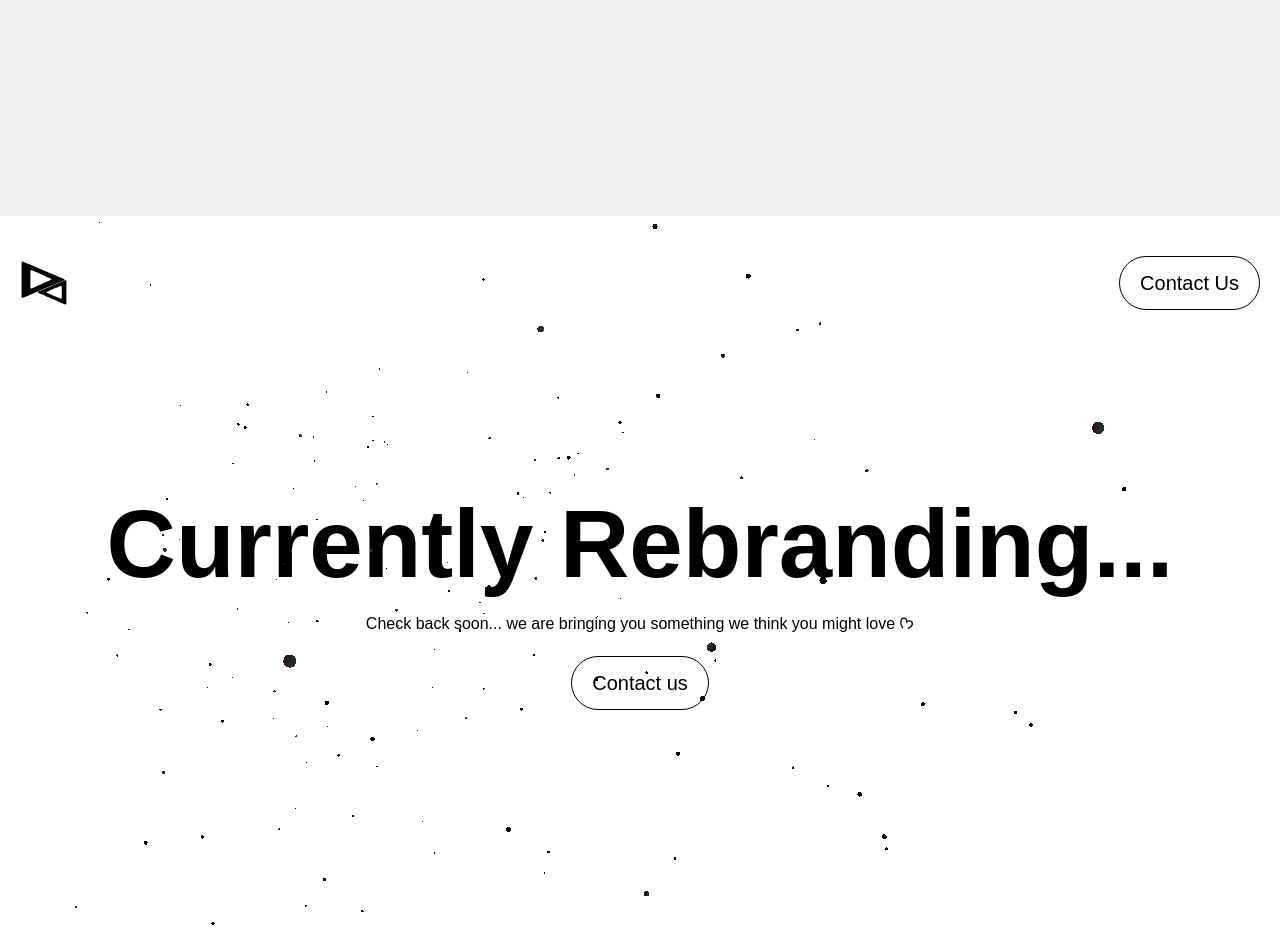
Repository: Cybugg/Nexxistudios-new
Page: /
The author's editor kept a copy of each file at every save. The page is drawn from the files as they stood at one save, then again after a run of saves.
The browser window is 1280 px wide. The pictures show the whole page.
The project was rebuilt for these pictures with package versions that can differ from the ones it lists, and the page was loaded fresh each time. The framework's server and built-in components were replaced by stand-ins that run in the browser. Also part of the build but not shown: next.config.mjs.

Above is the page before, as saved 2025-09-06 15:44:25.

### app/layout.js
import { Geist, Geist_Mono } from "next/font/google";
import localFont from "next/font/local";
import "./globals.css";
import Particles from "./Effects/Particles";


const geistSans = Geist({
  variable: "--font-geist-sans",
  subsets: ["latin"],
});
const clashGrotesk = localFont({
  src:"./../public/fonts/TTF/ClashGrotesk-Variable.ttf",
  variable:"--font-clashGrotesk"
})

const geistMono = Geist_Mono({
  variable: "--font-geist-mono",
  subsets: ["latin"],
});

export const metadata = {
  title: "Create Next App",
  description: "Generated by create next app",
};

export default function RootLayout({ children }) {
  return (
    <html lang="en">
      <body
        className={`${geistSans.variable} ${geistMono.variable} antialiased relative ${clashGrotesk.variable} `}>
            <div className="absolute w-full h-screen">
              <Particles particleColors={['#000000', '#000000']}
    particleCount={300}
    particleSpread={10}
    speed={0.1}
    particleBaseSize={100}
    moveParticlesOnHover={true}
    alphaParticles={false}
    disableRotation={false}
  />
        </div>

        {children}
      </body>
    </html>
  );
}

### app/page.js
"use client"
import { useGSAP } from "@gsap/react";
import TopNav from "./components/topNav";
import gsap from 'gsap';
import { useRef } from "react";
import Particles from "./Effects/Particles";
import Hero from "./components/hero";




export default function Home() {
  const boxRef = useRef(null);
  useGSAP(() => {

    gsap.to("#progress", {
      width:"95%",
      duration:3,
      ease: 'power2.out',
    });
  },);

  return (
    <div className="grid grid-rows-[20px_1fr_20px] min-h-screen p-3 px-5  sm:p-5 bg-white text-black font-clashGrotesk">
      <main className="flex flex-col  row-start-2 items-center mx-auto container" >
  <TopNav />
    <Hero />
      </main>
      <footer className="row-start-3 flex gap-[24px] flex-wrap items-center justify-center">

      </footer>
    </div>
  );
}

### app/globals.css
@import "tailwindcss";

:root {
  --background: #ffffff;
  --foreground: #171717;
}

@theme inline {
  --color-background: var(--background);
  --color-foreground: var(--foreground);
  --font-sans: var(--font-geist-sans);
  --font-mono: var(--font-geist-mono);
}

@media (prefers-color-scheme: dark) {
  :root {
    --background: #0a0a0a;
    --foreground: #ededed;
  }
}

body {
  background: var(--background);
  color: var(--foreground);
  font-family: Arial, Helvetica, sans-serif;
}

@keyframes load {
  0% {
    top: 4.5rem;
  }
  70% {
    top: 1.125rem;
  }
  90% {
    top: 0;
  }
  95% {
    top: 0;
  }
  100% {
    top: 4.5rem;
  }
}
@keyframes liquid-1 {
  0% {
    height: 0;
    opacity: 0;
    top: -0.5rem;
  }
  22% {
    height: 0.28125rem;
    top: 0.375rem;
    opacity: 1;
  }
  25% {
    top: -0.25rem;
  }
  35% {
    height: 1.125rem;
    top: -0.5rem;
  }
  55% {
    height: 0.28125rem;
    top: -0.125rem;
  }
  60% {
    height: 0.61875rem;
    opacity: 1;
    top: -0.275rem;
  }
  96% {
    height: 0.84375rem;
    opacity: 0;
    top: 0.5rem;
  }
  100% {
    height: 0;
    opacity: 0;
  }
}
@keyframes liquid-2 {
  0% {
    height: 0;
    opacity: 0;
    top: -0.5rem;
  }
  17.5% {
    height: 0.28125rem;
    top: 0.2rem;
    opacity: 1;
  }
  20% {
    top: -0.25rem;
  }
  25% {
    height: 1.40625rem;
    top: -0.625rem;
  }
  45% {
    height: 0.28125rem;
    top: -0.125rem;
  }
  60% {
    height: 1.40625rem;
    opacity: 1;
    top: -0.5rem;
  }
  96% {
    height: 0.84375rem;
    opacity: 0;
    top: 0.5rem;
  }
  100% {
    height: 0;
    opacity: 0;
  }
}
.battery {
  display: inline-block;
  position: relative;
  width: 2.25rem;
  height: 4.5rem;
  box-shadow: 0 0 0 0.2rem #425c77;
  background: white;
  border-radius: 0.09rem;
}
.battery:before {
  content: "";
  position: absolute;
  left: 0.5625rem;
  right: 0.5625rem;
  top: -0.3375rem;
  height: 0.3375rem;
  width: 1.125rem;
  background: #425c77;
  border-radius: 0.18rem;
}
.battery:after {
  content: "";
  position: absolute;
  top: 0;
  bottom: 0;
  left: 0;
  right: 0;
  border-right: 2.25rem solid transparent;
  border-bottom: 4.05rem solid rgba(255, 255, 255, 0.325);
}

.liquid {
  position: absolute;
  top: 0;
  bottom: 0;
  left: 0;
  right: 0;
  width: 2.25rem;
  background: #71fb85;
  animation: load 2.25s infinite;
}
.liquid:after, .liquid:before {
  content: "";
  position: absolute;
  top: -0.5rem;
  height: 1.125rem;
  width: 1.4625rem;
  background: #71fb85;
  border-radius: 50%;
  opacity: 0;
}
.liquid:after {
  right: 0;
  animation: liquid-1 2.25s infinite;
}
.liquid:before {
  left: 0;
  animation: liquid-2 2.25s infinite;
}

body {
  padding-top: 30vh;
  background: #efefef;
  text-align: center;
}

@keyframes power {
  0% {
    color: #bcbcbc;
  }
  75% {
    color: #bcbcbc;
    text-shadow: none;
  }
  90% {
    color: #58fa70;
    text-shadow: 0 0 0.8em #71fb85;
  }
  100% {
    color: #bcbcbc;
    text-shadow: none;
  }
}
h5 {
  font-family: Lato, sans-serif;
  font-weight: 300;
  letter-spacing: 0.025rem;
  text-transform: uppercase;
  color: #bcbcbc;
  animation: power 2.25s infinite;
}

### app/Effects/Particles.js
"use client"

import { useEffect, useRef } from 'react';
import { Renderer, Camera, Geometry, Program, Mesh } from 'ogl';

const defaultColors = ['#ffffff', '#ffffff', '#ffffff'];

const hexToRgb = hex => {
  hex = hex.replace(/^#/, '');
  if (hex.length === 3) {
    hex = hex
      .split('')
      .map(c => c + c)
      .join('');
  }
  const int = parseInt(hex, 16);
  const r = ((int >> 16) & 255) / 255;
  const g = ((int >> 8) & 255) / 255;
  const b = (int & 255) / 255;
  return [r, g, b];
};

const vertex = /* glsl */ `
  attribute vec3 position;
  attribute vec4 random;
  attribute vec3 color;

  uniform mat4 modelMatrix;
  uniform mat4 viewMatrix;
  uniform mat4 projectionMatrix;
  uniform float uTime;
  uniform float uSpread;
  uniform float uBaseSize;
  uniform float uSizeRandomness;

  varying vec4 vRandom;
  varying vec3 vColor;

  void main() {
    vRandom = random;
    vColor = color;

    vec3 pos = position * uSpread;
    pos.z *= 10.0;

    vec4 mPos = modelMatrix * vec4(pos, 1.0);
    float t = uTime;
    mPos.x += sin(t * random.z + 6.28 * random.w) * mix(0.1, 1.5, random.x);
    mPos.y += sin(t * random.y + 6.28 * random.x) * mix(0.1, 1.5, random.w);
    mPos.z += sin(t * random.w + 6.28 * random.y) * mix(0.1, 1.5, random.z);

    vec4 mvPos = viewMatrix * mPos;

    if (uSizeRandomness == 0.0) {
      gl_PointSize = uBaseSize;
    } else {
      gl_PointSize = (uBaseSize * (1.0 + uSizeRandomness * (random.x - 0.5))) / length(mvPos.xyz);
    }

    gl_Position = projectionMatrix * mvPos;
  }
`;

const fragment = /* glsl */ `
  precision highp float;

  uniform float uTime;
  uniform float uAlphaParticles;
  varying vec4 vRandom;
  varying vec3 vColor;

  void main() {
    vec2 uv = gl_PointCoord.xy;
    float d = length(uv - vec2(0.5));

    if(uAlphaParticles < 0.5) {
      if(d > 0.5) {
        discard;
      }
      gl_FragColor = vec4(vColor + 0.2 * sin(uv.yxx + uTime + vRandom.y * 6.28), 1.0);
    } else {
      float circle = smoothstep(0.5, 0.4, d) * 0.8;
      gl_FragColor = vec4(vColor + 0.2 * sin(uv.yxx + uTime + vRandom.y * 6.28), circle);
    }
  }
`;

const Particles = ({
  particleCount = 200,
  particleSpread = 10,
  speed = 0.1,
  particleColors,
  moveParticlesOnHover = false,
  particleHoverFactor = 1,
  alphaParticles = false,
  particleBaseSize = 100,
  sizeRandomness = 1,
  cameraDistance = 20,
  disableRotation = false,
  className
}) => {
  const containerRef = useRef(null);
  const mouseRef = useRef({ x: 0, y: 0 });

  useEffect(() => {
    const container = containerRef.current;
    if (!container) return;

    const renderer = new Renderer({ depth: false, alpha: true });
    const gl = renderer.gl;
    container.appendChild(gl.canvas);
    gl.clearColor(0, 0, 0, 0);

    const camera = new Camera(gl, { fov: 15 });
    camera.position.set(0, 0, cameraDistance);

    const resize = () => {
      const width = container.clientWidth;
      const height = container.clientHeight;
      renderer.setSize(width, height);
      camera.perspective({ aspect: gl.canvas.width / gl.canvas.height });
    };
    window.addEventListener('resize', resize, false);
    resize();

    const handleMouseMove = e => {
      const rect = container.getBoundingClientRect();
      const x = ((e.clientX - rect.left) / rect.width) * 2 - 1;
      const y = -(((e.clientY - rect.top) / rect.height) * 2 - 1);
      mouseRef.current = { x, y };
    };

    if (moveParticlesOnHover) {
      container.addEventListener('mousemove', handleMouseMove);
    }

    const count = particleCount;
    const positions = new Float32Array(count * 3);
    const randoms = new Float32Array(count * 4);
    const colors = new Float32Array(count * 3);
    const palette = particleColors && particleColors.length > 0 ? particleColors : defaultColors;

    for (let i = 0; i < count; i++) {
      let x, y, z, len;
      do {
        x = Math.random() * 2 - 1;
        y = Math.random() * 2 - 1;
        z = Math.random() * 2 - 1;
        len = x * x + y * y + z * z;
      } while (len > 1 || len === 0);
      const r = Math.cbrt(Math.random());
      positions.set([x * r, y * r, z * r], i * 3);
      randoms.set([Math.random(), Math.random(), Math.random(), Math.random()], i * 4);
      const col = hexToRgb(palette[Math.floor(Math.random() * palette.length)]);
      colors.set(col, i * 3);
    }

    const geometry = new Geometry(gl, {
      position: { size: 3, data: positions },
      random: { size: 4, data: randoms },
      color: { size: 3, data: colors }
    });

    const program = new Program(gl, {
      vertex,
      fragment,
      uniforms: {
        uTime: { value: 0 },
        uSpread: { value: particleSpread },
        uBaseSize: { value: particleBaseSize },
        uSizeRandomness: { value: sizeRandomness },
        uAlphaParticles: { value: alphaParticles ? 1 : 0 }
      },
      transparent: true,
      depthTest: false
    });

    const particles = new Mesh(gl, { mode: gl.POINTS, geometry, program });

    let animationFrameId;
    let lastTime = performance.now();
    let elapsed = 0;

    const update = t => {
      animationFrameId = requestAnimationFrame(update);
      const delta = t - lastTime;
      lastTime = t;
      elapsed += delta * speed;

      program.uniforms.uTime.value = elapsed * 0.001;

      if (moveParticlesOnHover) {
        particles.position.x = -mouseRef.current.x * particleHoverFactor;
        particles.position.y = -mouseRef.current.y * particleHoverFactor;
      } else {
        particles.position.x = 0;
        particles.position.y = 0;
      }

      if (!disableRotation) {
        particles.rotation.x = Math.sin(elapsed * 0.0002) * 0.1;
        particles.rotation.y = Math.cos(elapsed * 0.0005) * 0.15;
        particles.rotation.z += 0.01 * speed;
      }

      renderer.render({ scene: particles, camera });
    };

    animationFrameId = requestAnimationFrame(update);

    return () => {
      window.removeEventListener('resize', resize);
      if (moveParticlesOnHover) {
        container.removeEventListener('mousemove', handleMouseMove);
      }
      cancelAnimationFrame(animationFrameId);
      if (container.contains(gl.canvas)) {
        container.removeChild(gl.canvas);
      }
    };
    // eslint-disable-next-line react-hooks/exhaustive-deps
  }, [
    particleCount,
    particleSpread,
    speed,
    moveParticlesOnHover,
    particleHoverFactor,
    alphaParticles,
    particleBaseSize,
    sizeRandomness,
    cameraDistance,
    disableRotation
  ]);

  return <div ref={containerRef} className={`relative w-full h-full ${className}`} />;
};

export default Particles;

### app/components/topNav.js
import Image from 'next/image';
import React from 'react'
import logo from "@/assets/images/logo-light.svg"

function TopNav() {
  return (
    <div className="flex justify-between items-center w-full">
    {/* Logo */}
    <div>
      <Image src={logo} width={48} height={46} alt="nexxistudios's logo" />
    </div>
    <ul>
      <li className="py-3 px-5 text-xl rounded-full border cursor-pointer">
Contact Us
      </li>
    </ul>
  </div>
  )
}

export default TopNav;

### app/components/hero.js
import React from 'react'

function Hero() {
  return (
     <section className="h-full w-full flex items-center justify-center">
    <div className="">
    {/* <div className="text-3xl">
    Re-branding in Progress...
    </div> */}
    <div className="flex flex-col items-center justify-center gap-5 w-full">

{/* Main Text */}
<h1 className=" text-black flex items-center justify-center  w-full font-bold  text-8xl">
Currently Rebranding...
</h1>
{/* Sub-text */}
<p className="">
  Check back soon... we are bringing you something we think you might love ᡣ𐭩
</p>
{/* CTA Button */}
<button className="py-3 px-5 text-xl rounded-full border cursor-pointer">
  Contact us
</button>
    </div>

    <div>

    </div>
    </div>
      </section>
  )
}

export default Hero;

After the next 6 saves:
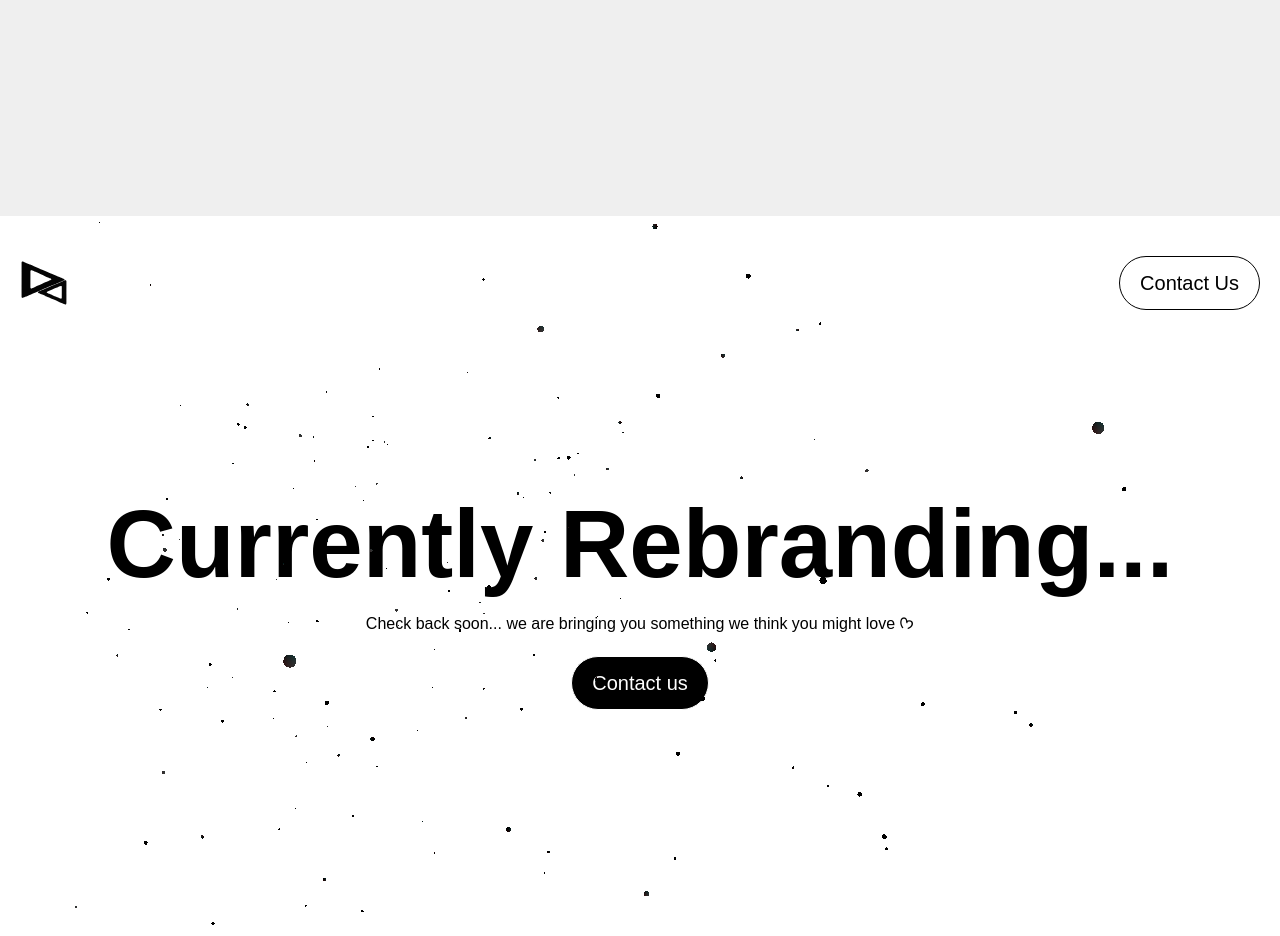
The 6 saves are shown as one change because they came seconds apart.
The last was saved 12 s later.
--- a/app/components/hero.js
+++ b/app/components/hero.js
@@ -18,7 +18,7 @@ Currently Rebranding...
   Check back soon... we are bringing you something we think you might love ᡣ𐭩
 </p>
 {/* CTA Button */}
-<button className="py-3 px-5 text-xl rounded-full border cursor-pointer">
+<button className="py-3 px-5 text-xl rounded-full border cursor-pointer bg-black text-white">
   Contact us
 </button>
     </div>
